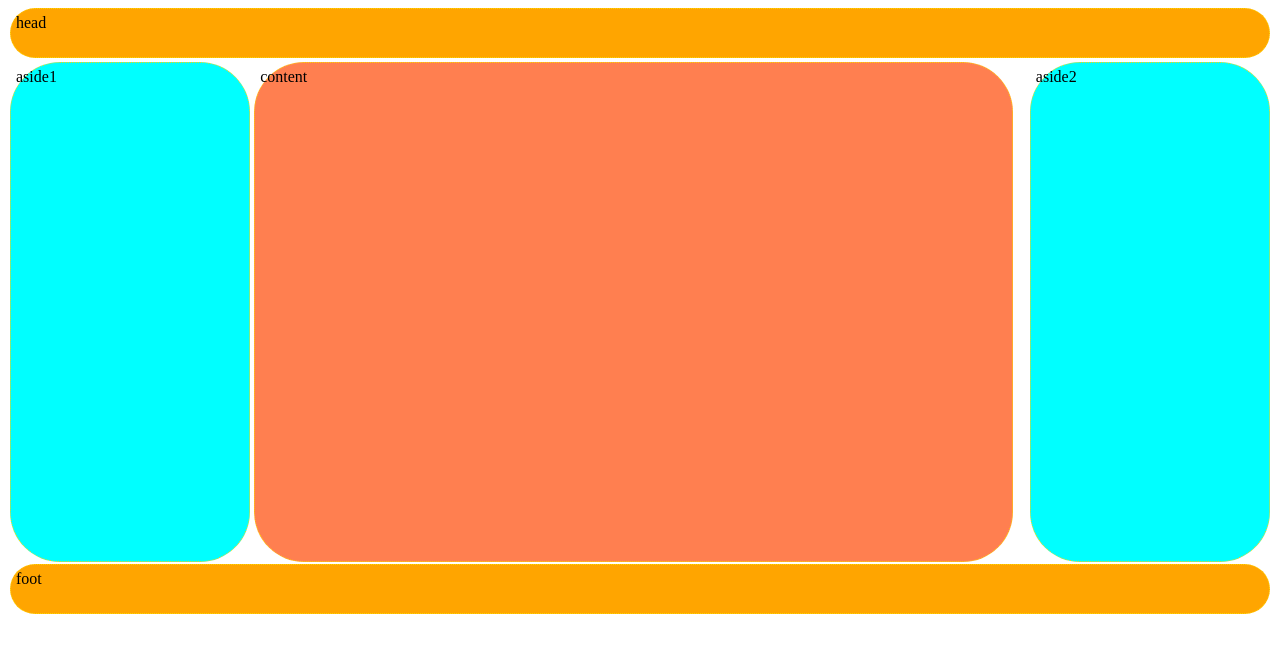
Repository: seonyeob94/BasicWeb
Page: webpro/src/main/webapp/0313/레이아웃_div.html
These files come from the project's save history. The page is drawn as it stood at one moment and after the next save; the edit follows.
The browser window is 1280 px wide. The pictures show the whole page.

Above is the page before, as saved 2025-03-13 00:41:44.

### webpro/src/main/webapp/0313/레이아웃_div.html
<!DOCTYPE html>
<html>
<head>
<meta charset="UTF-8">
<title>Insert title here</title>
<style type="text/css">
div{
  border: 1px dotted gold;
  margin: 2px;
  padding: 5px;
  box-sizing: border-box;
  border-radius: 50px;
}
#head,#foot{
  height: 50px;
  background: orange;
}
#aside1,#aside2,#content{
  height: 500px;
}
#aside1,#aside2{
  width: 19%;
  background: cyan;
}
#aside1{
  float: left;
}
#aside2{
  float: right;
}
#content{
  width: 60%;
  background: coral;
  float: left;
}
#foot{
  clear: both;
}
</style>

</head>
<body>
<div id="head">head</div>

<div id="aside1">aside1</div>
<div id="content">content</div>
<div id="aside2">aside2</div>

<div id="foot">foot</div>
</body>
</html>

After the next save:
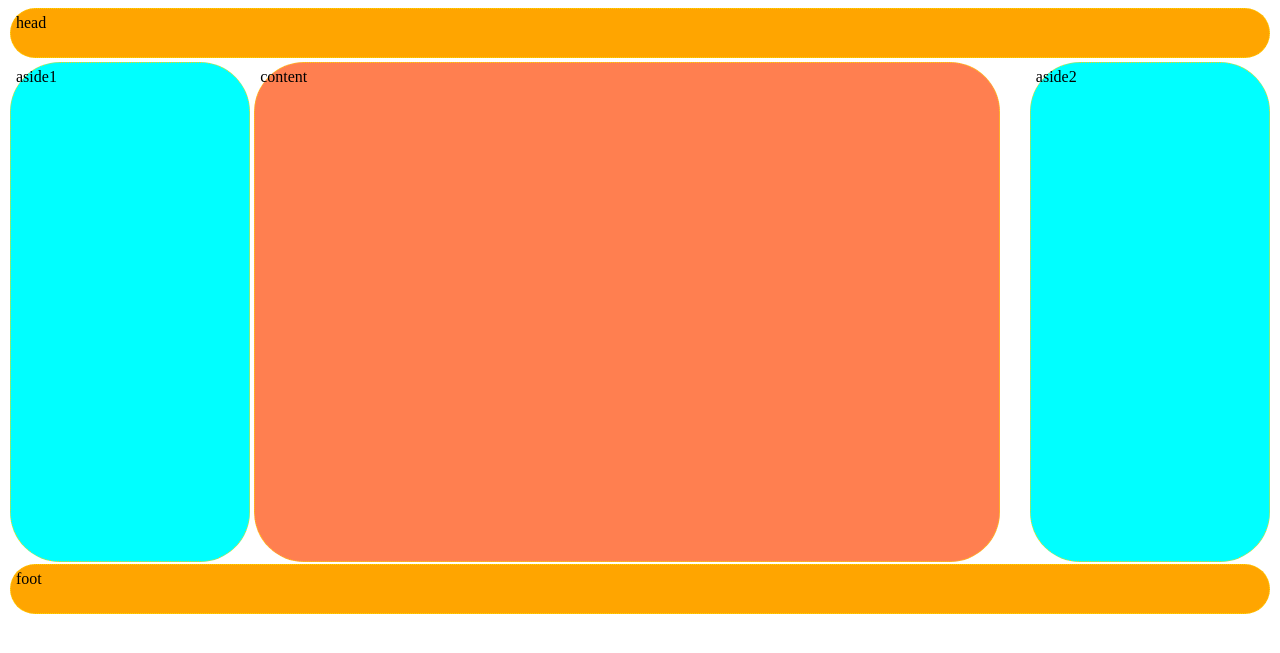
Saved 49 s later.
--- a/webpro/src/main/webapp/0313/레이아웃_div.html
+++ b/webpro/src/main/webapp/0313/레이아웃_div.html
@@ -29,7 +29,7 @@ div{
   float: right;
 }
 #content{
-  width: 60%;
+  width: calc(60% - 1%);
   background: coral;
   float: left;
 }
